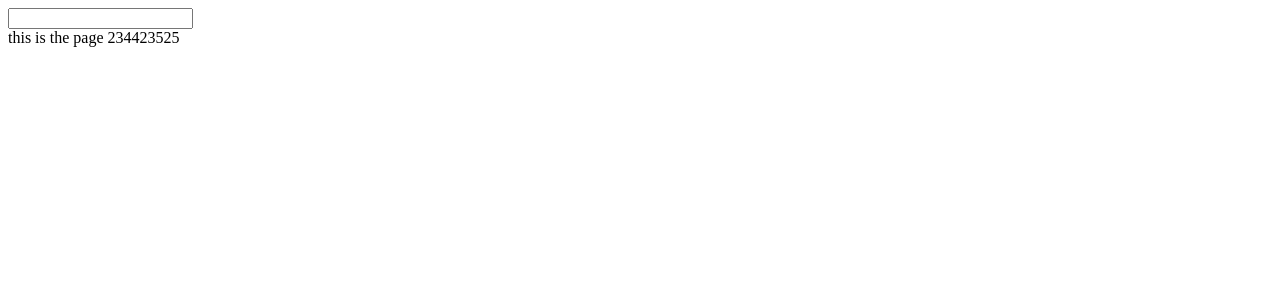
Repository: jasontianxie/huatian-mock-react-demo
Page: /
These files come from the project's save history. The page is drawn as it stood at one moment and after the next save; the edit follows.
The browser window is 1280 px wide. The pictures show the whole page.
The project was rebuilt for these pictures with package versions that can differ from the ones it lists, and the page was loaded fresh each time. Also part of the build but not shown: webpack.config.js.

Above is the page before, as saved 2017-04-20 17:12:06.

### app.jsx
import React from 'react';//import是es6的语法，webpack怎么能认识呢，原因就在babel-loader，它可以把import解析成require。同理，css-loader也会把@import和URL（）解析成require：https://github.com/webpack-contrib/css-loader
import ReactDOM from 'react-dom';
import {Main} from './pages/main/main.jsx';

// require ('normalize-scss/sass/_normalize.scss');
require ('./app.scss');



ReactDOM.render(
  <Main/>,document.getElementById('app')
);

// if (module.hot) {
//   module.hot.accept('./build', () => {
//     render(App)
//   });
// }

### pages/main/main.jsx
import React,{Component} from 'react';
import {ShoppingCart} from '../shoppingCart/index.jsx';
const prefixName = 'main';

class Main extends Component{
  render(){
    return(
      <div>
      <ShoppingCart/>
      <div className={`${prefixName}-aaa`}>this is the page 234423525</div>
      </div>
    );
  }
}
if(module.hot){
  module.hot.accept()
}
export {Main};

### app.scss
@import './assets/css/normalize';
@import './assets/css/mixins';
@import './assets/css/function';
@import './pages/main/main';
@import './pages/ShoppingCart/index';

### pages/shoppingCart/index.jsx
import React,{Component} from 'react';
const prefixName='shoppingCart';
class ShoppingCart extends Component{
  constructor(props) {
    super(props);
    this.state = { data: [] };
  }
  render(){
    return(
      <div className={`${prefixName}-sss`}><input type="text"/></div>
    );
  }
}
if(module.hot){
  module.hot.accept()
}
export {ShoppingCart};

### assets/css/mixins.scss
.aaa{
  display: flex;
}

### assets/css/function.scss
.sss{
  color: greenyellow;
}

### pages/main/main.scss
.main-aaa{
  color: black;
}

### pages/shoppingCart/index.scss
.shoppingCart-sss {
  color: red;
}

Loaded but not shown: assets/css/normalize.css (library)

After the next save:
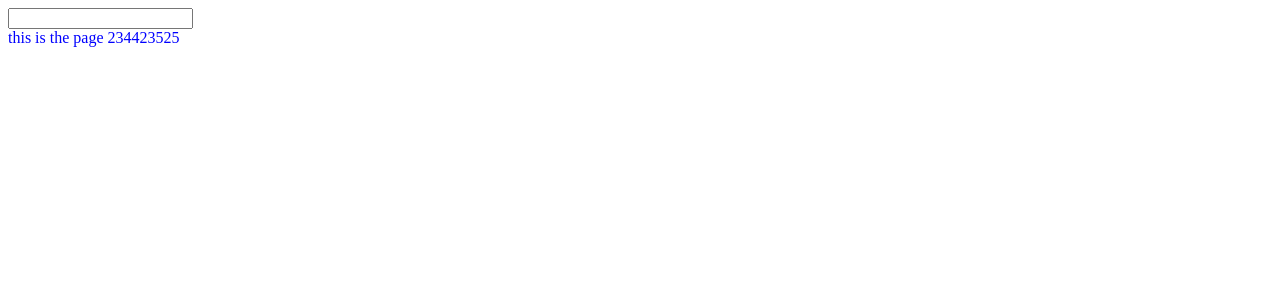
Saved 33 s later.
--- a/pages/main/main.scss
+++ b/pages/main/main.scss
@@ -1,3 +1,3 @@
 .main-aaa{
-  color: black;
+  color: blue;
 }
